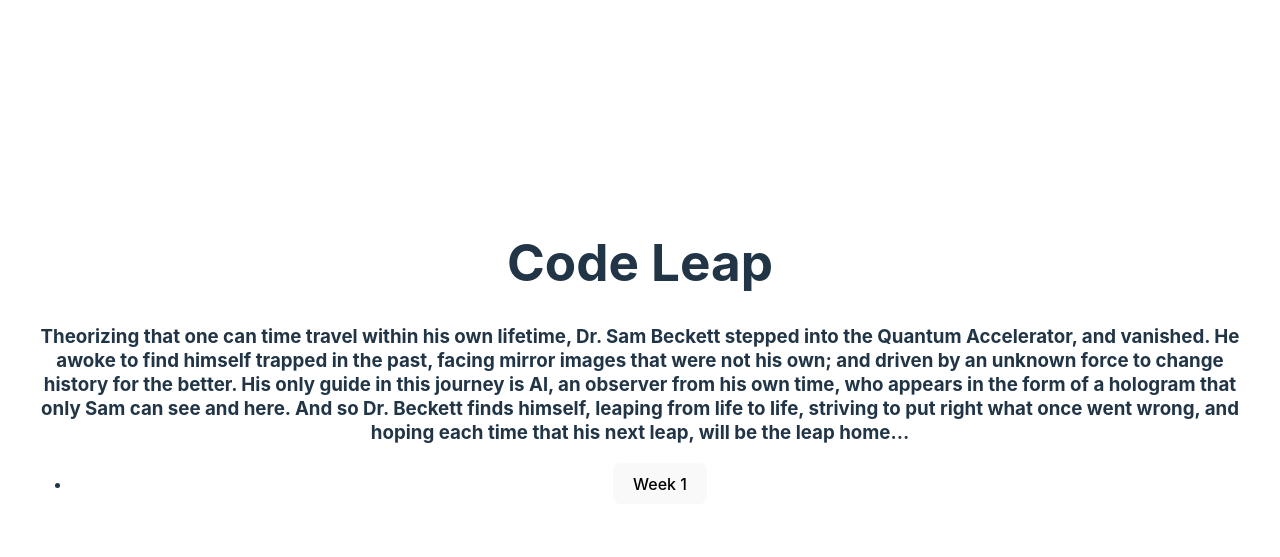
Repository: mplayer78/code-leap
Page: /
The author's editor kept a copy of each file at every save. The page is drawn from the files as they stood at one save, then again after the next save.
The browser window is 1280 px wide. The pictures show the whole page.
The project was rebuilt for these pictures with package versions that can differ from the ones it lists, and the page was loaded fresh each time. Also part of the build but not shown: vite.config.ts.

Above is the page before, as saved 2022-08-28 10:11:09.

After the next save:
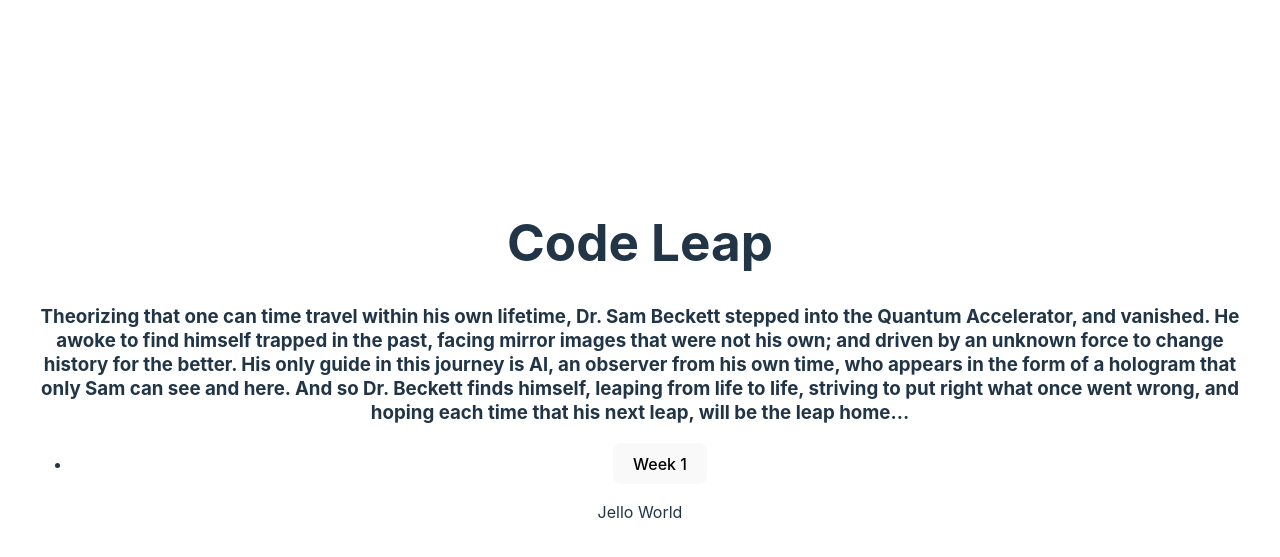
Saved 54 s later.
--- a/src/components/Challenge.vue
+++ b/src/components/Challenge.vue
@@ -19,6 +19,7 @@
 <template>
   <div>
     <p>{{ currentChallenge?.description }}</p>
+    <p>Jello World</p>
   </div>
 </template>
 

After the save that followed:
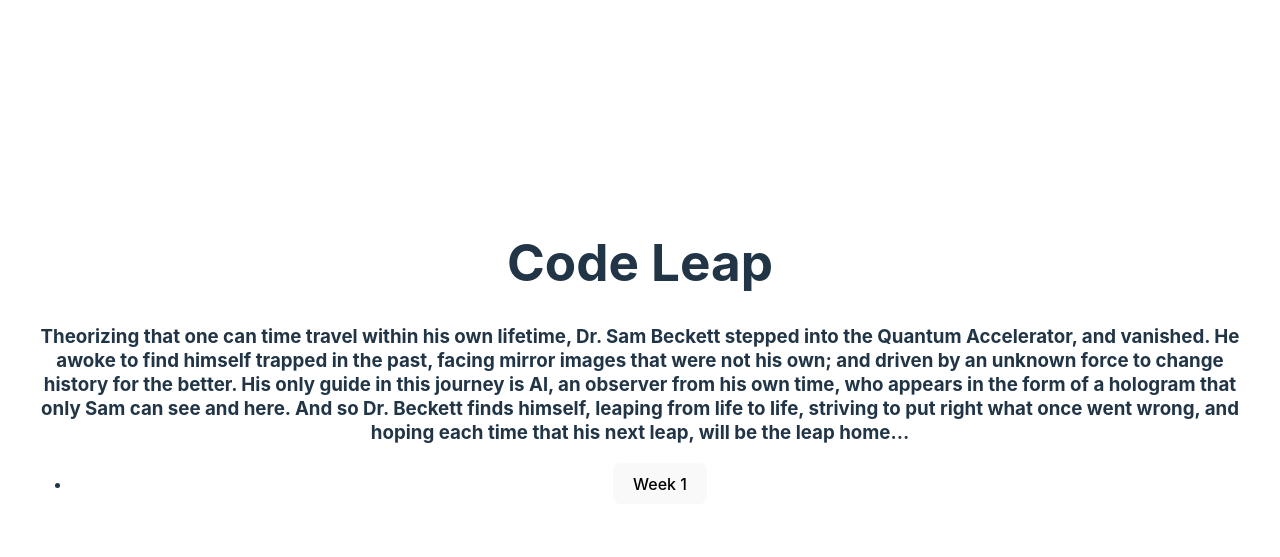
Saved 7 s later.
--- a/src/components/Challenge.vue
+++ b/src/components/Challenge.vue
@@ -19,7 +19,6 @@
 <template>
   <div>
     <p>{{ currentChallenge?.description }}</p>
-    <p>Jello World</p>
   </div>
 </template>
 
